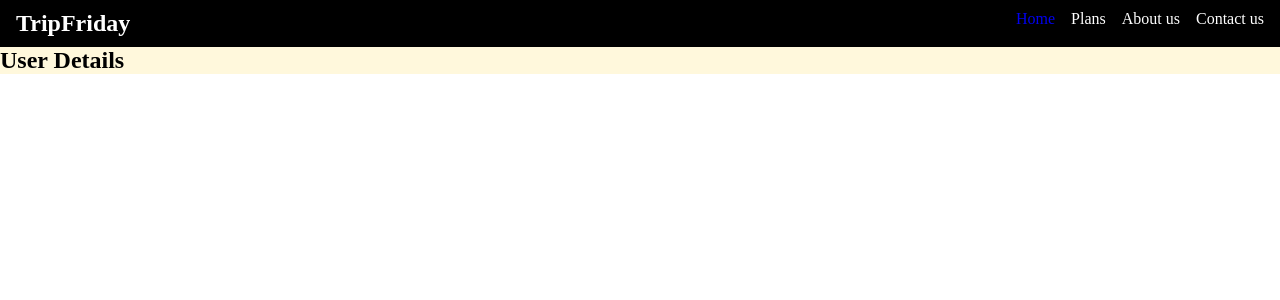
Repository: suraj-yadav7/userprofile
Page: /
The author's editor kept a copy of each file at every save. The page is drawn from the files as they stood at one save, then again after the next save.
The browser window is 1280 px wide. The pictures show the whole page.
The page's requests for data from a server got no answer. The project was rebuilt for these pictures with package versions that can differ from the ones it lists, and the page was loaded fresh each time. No one was signed in, and anything a server would have sent is missing. Also part of the build but not shown: src/assests/userDetails.scss, src/components/UserDetails.jsx.

Above is the page before, as saved 2023-05-04 15:16:17.

After the next save:
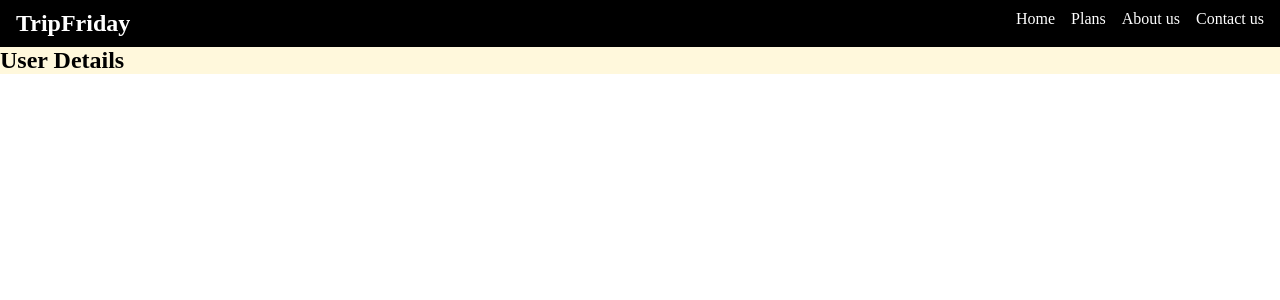
Saved 47 s later.
--- a/src/components/Header.jsx
+++ b/src/components/Header.jsx
@@ -8,7 +8,7 @@ const Header = () => {
 <h1>TripFriday</h1>
 <div>
     <ul style={{listStyleType:"none"}}>
-        <li ><Link style={{textDecoration:"none"}} to="/">Home</Link></li>
+        <li ><Link style={{textDecoration:"none",color:"white"}} to="/">Home</Link></li>
         <li>Plans</li>
         <li>About us</li>
         <li>Contact us</li>
